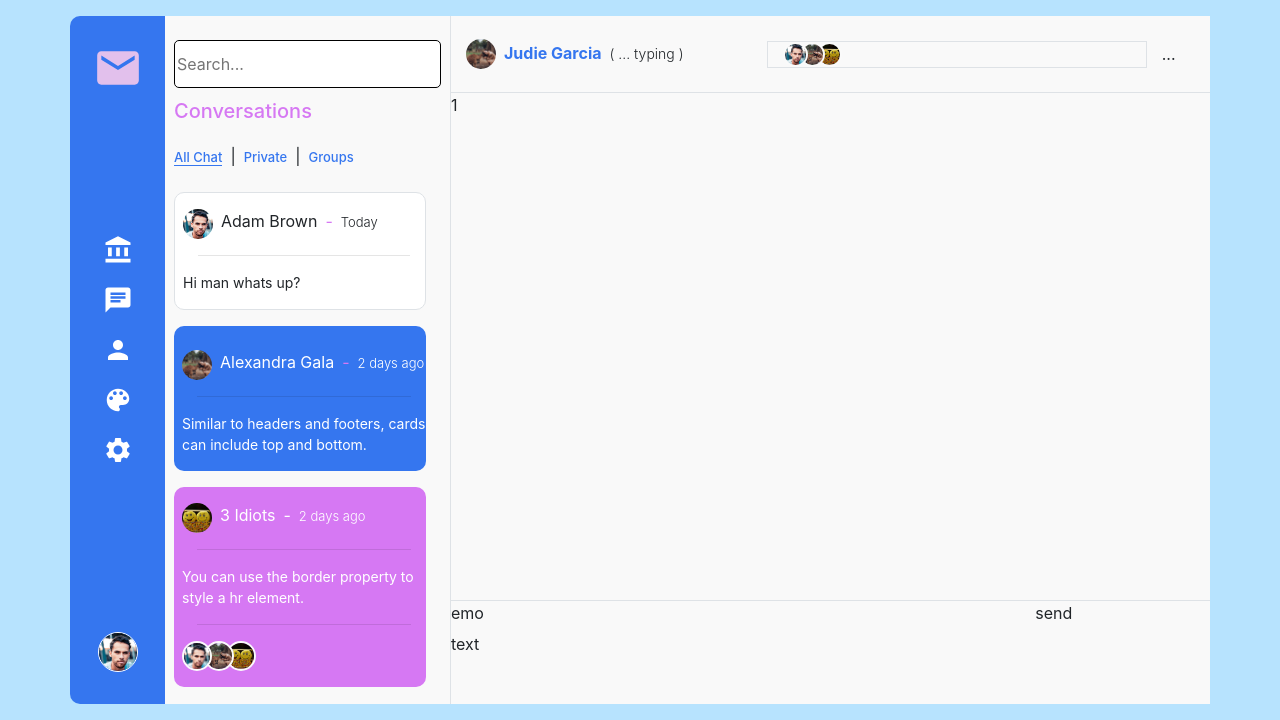
Repository: arafat877/super-chat
Page: /
An editor plug-in stored every save of this project. The page is shown before and after the next save, followed by the edit.
The browser window is 1280 px wide. The pictures show the whole page.
The project was rebuilt for these pictures with package versions that can differ from the ones it lists, and the page was loaded fresh each time.

Above is the page before, as saved 2020-08-07 01:38:47.

After the next save:
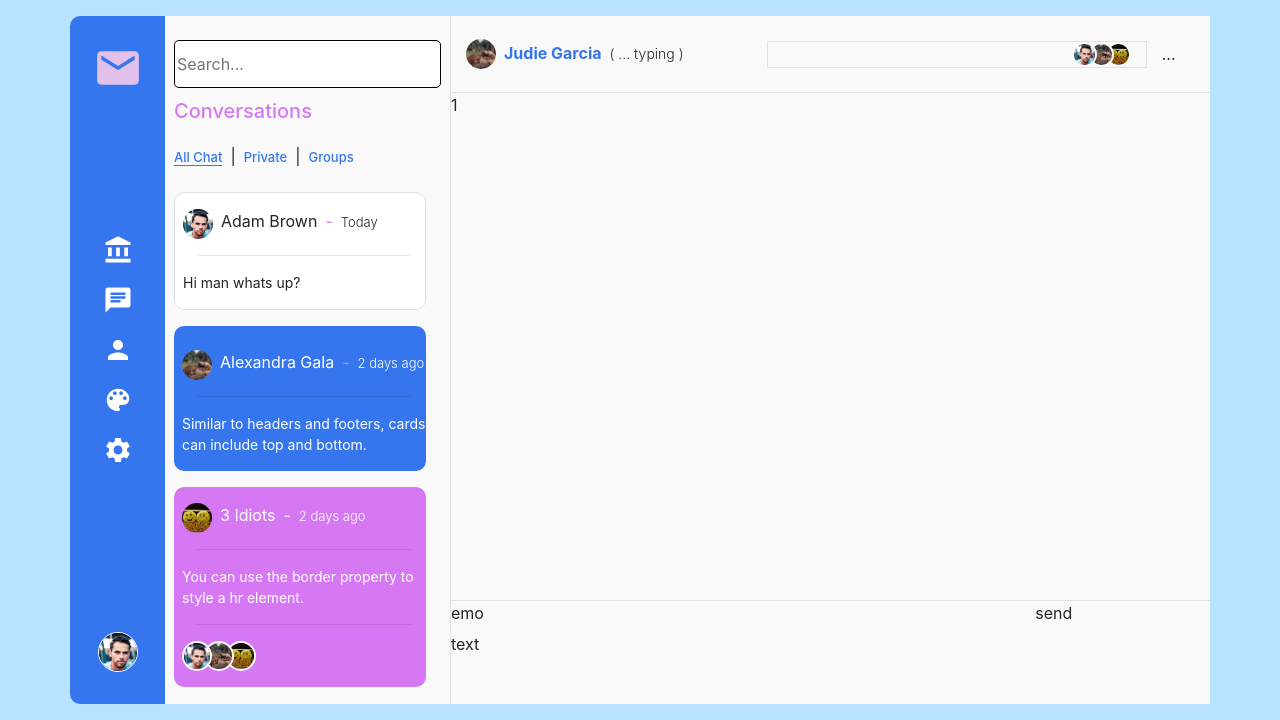
Saved 8 s later.
--- a/src/App.js
+++ b/src/App.js
@@ -169,7 +169,7 @@ function App() {
                 <span className="infoTyping ml-2">( ... typing )</span>
               </div>
               <div className="col-6 mt-auto mb-auto border justify-content-right infoGroup">
-                <AvatarGroup max={3} className="text-align-right">
+                <AvatarGroup max={3} className="float-right">
                   <Avatar
                     alt="Remy Sharp"
                     className="avatar"
